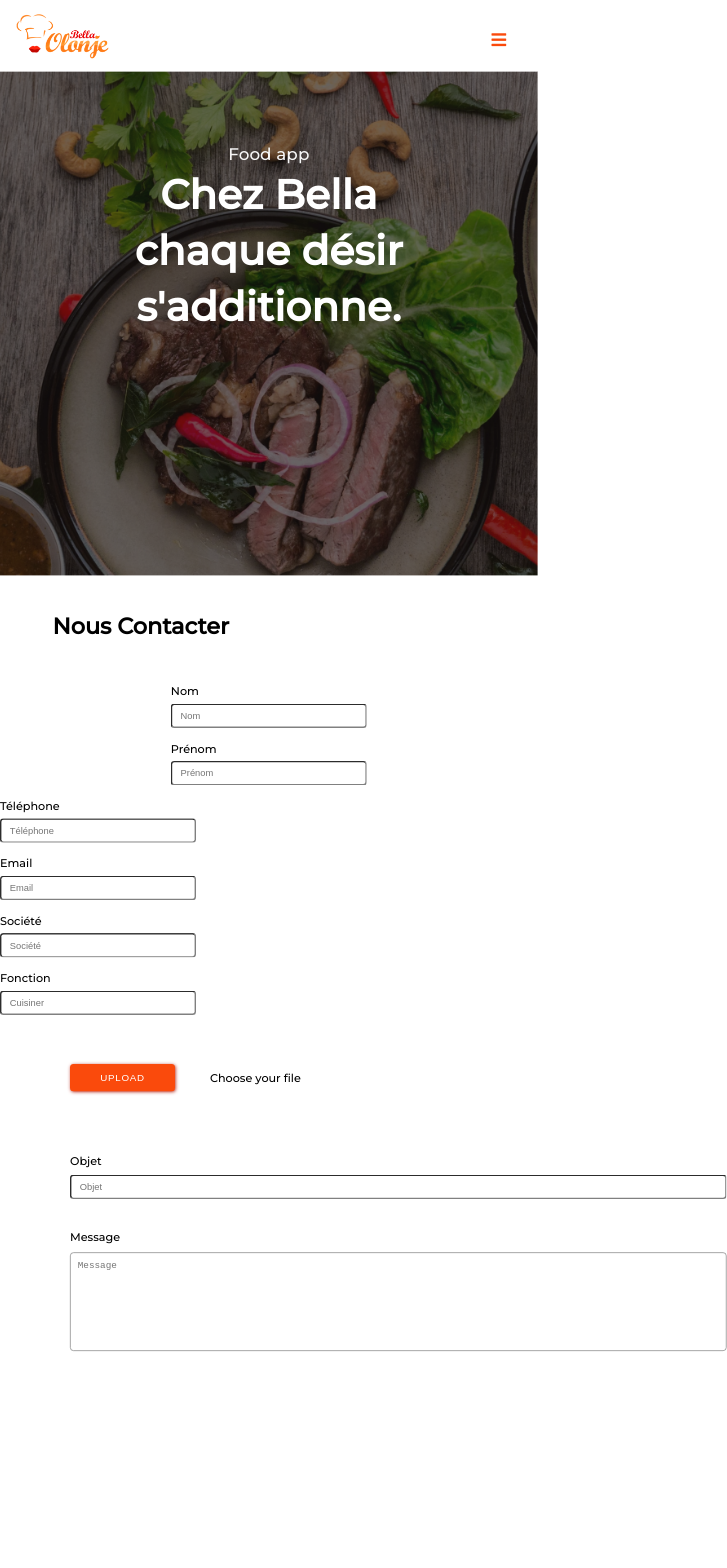
Repository: sisilass31/bella-olonje
Page: html/contact.html
The author's editor kept a copy of each file at every save. The page is drawn from the files as they stood at one save, then again after the next save.
The browser window is 768 px wide. The page is 1038 px wide, so the pictures cover 1038 px, including what lies to the right of the window. The pictures show the part of the page from y = 0 to 2240 px (the page is 2603 px tall), at 70% of full size.
Pictures or frames that could not be fetched are drawn as grey boxes. Some web libraries are served in a nearby version.

Above is the page before, as saved 2023-02-15 10:14:39.

After the next save:
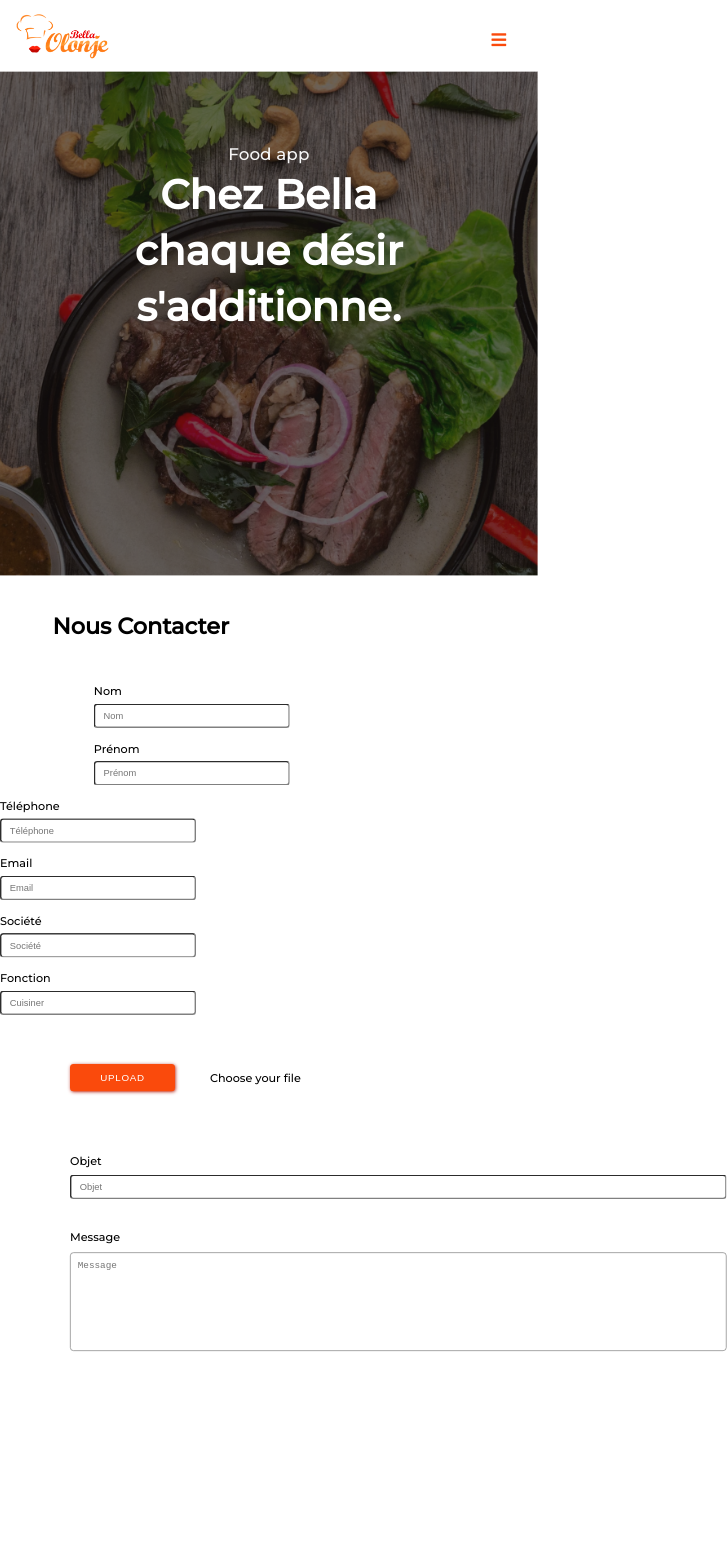
Saved 5 s later.
--- a/css/contact.css
+++ b/css/contact.css
@@ -362,14 +362,7 @@ textarea {
 
     .label1 {
         padding: 0;
-        .label1 input {
-            width: 280px;
-            width: 5;
-            width: 50;
-            width: 500;
-            width: 500p;
-            width: 500px;
-            }
+        width: 500px;
     }
 
     .telephone_email {
